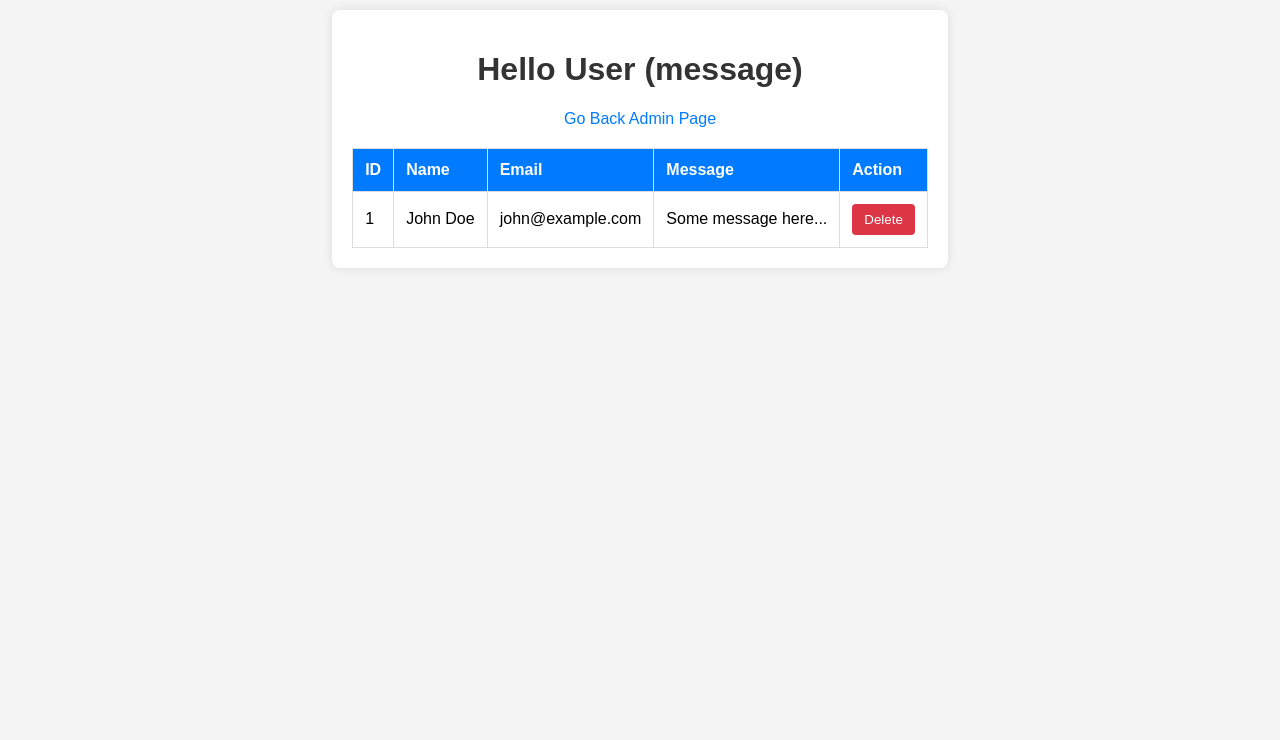
Repository: HAIDAR123654/CodeHuntMvcProject
Page: http://localhost/myportfolio/read-message.jsp
The author's editor kept a copy of each file at every save. The page is drawn from the files as they stood at one save, then again after the next save.
The browser window is 1280 px wide. The pictures show the whole page.
The page is served by Tomcat 9. The session is filled in as if someone had signed in: {"username": "testuser", "login": "testuser"}.

Above is the page before, as saved 2024-01-26 18:01:22.

After the next save:
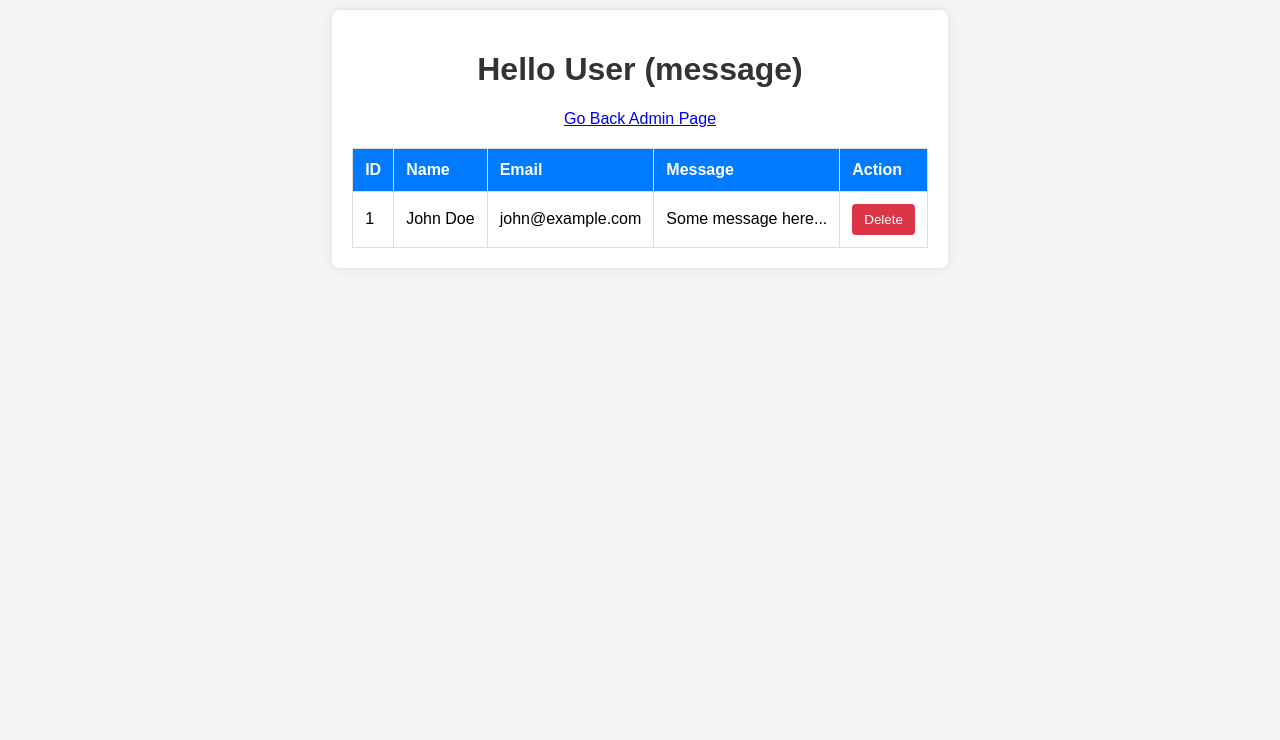
Saved 63 s later.
--- a/myportfolio/src/main/webapp/read-message.jsp
+++ b/myportfolio/src/main/webapp/read-message.jsp
@@ -88,7 +88,7 @@
 <body>
     <div class="container">
         <h1>Hello User (message)</h1>
-        <a class="back-link" href="#">Go Back Admin Page</a>
+        <a class="admin.jsp" href="#">Go Back Admin Page</a>
 
         <table>
             <thead>

After the save that followed:
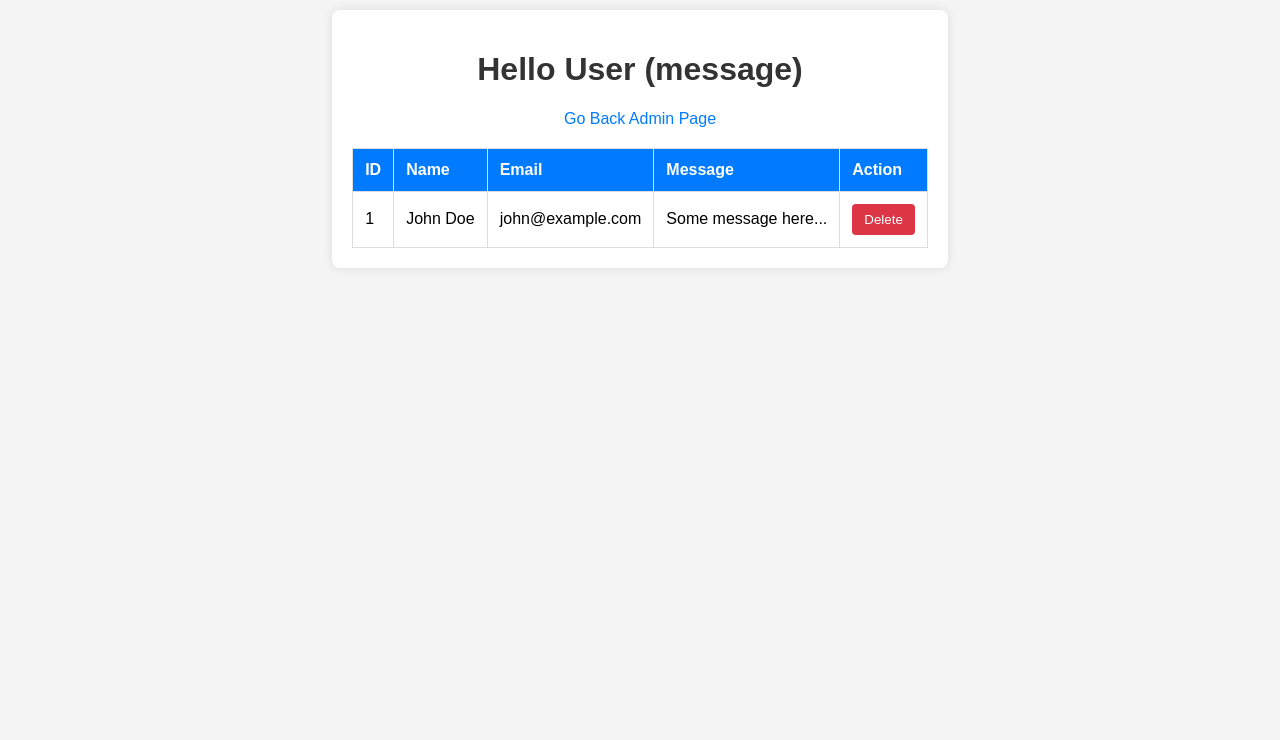
Saved 29 s later.
--- a/myportfolio/src/main/webapp/read-message.jsp
+++ b/myportfolio/src/main/webapp/read-message.jsp
@@ -88,7 +88,7 @@
 <body>
     <div class="container">
         <h1>Hello User (message)</h1>
-        <a class="admin.jsp" href="#">Go Back Admin Page</a>
+        <a class="back-link" href="admin.jsp">Go Back Admin Page</a>
 
         <table>
             <thead>
